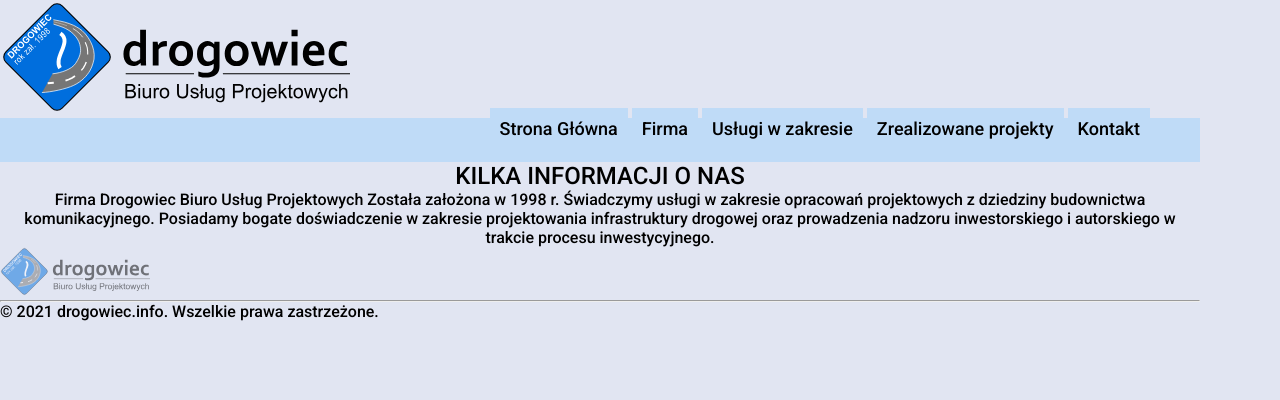
Repository: AdamBodzak/WTF_v2
Page: index.html
These files come from the project's save history. The page is drawn as it stood at one moment and after the next save; the edit follows.
The browser window is 1280 px wide. The pictures show the whole page.

Above is the page before, as saved 2021-01-06 15:08:23.

### index.html
<!DOCTYPE html>
<html lang="pl">
<head>
    <meta charset="UTF-8">
    <meta name="viewport" content="width=device-width, initial-scale=1.0">
    <link rel="preconnect" href="https://fonts.gstatic.com">
    <link rel="stylesheet" href="style.css" type="text/css">
    <title>DROGOWIEC Biuro Usług Projektowych</title>
</head>
<body>
    <main>
        <header>
                <a href="index.html">
                    <img id="logo" src="./img/Logo.svg" alt="Logo image">
                </a>
            <nav>
                <ul id="nawigationBar">
                    <li> <a class="menuItem" href="#"> Strona Główna</a></li>
                    <li> <a class="menuItem" href="#"> Firma</a></li>
                    <li> <a class="menuItem" href="#"> Usługi w zakresie</a></li>
                    <li> <a class="menuItem" href="#"> Zrealizowane projekty</a></li>
                    <li> <a class="menuItem" href="#"> Kontakt</a></li>
                </ul>
            </nav>
        </header>
            <section>
                <h1>KILKA INFORMACJI O NAS</h1>
                <p>
                    Firma Drogowiec Biuro Usług Projektowych Została założona w 1998 r.
                    Świadczymy usługi w zakresie opracowań projektowych z dziedziny budownictwa
                    komunikacyjnego. Posiadamy bogate doświadczenie w zakresie projektowania infrastruktury
                    drogowej oraz prowadzenia nadzoru inwestorskiego i autorskiego w trakcie procesu inwestycyjnego.
                </p>
            </section>
        <footer>
            <div>
                <img id="logoFooter" src="./img/Logo.svg" alt="Logo image">
            </div>
            <div id="kontakt">

            </div>
            <hr>
            <p>
                © 2021 drogowiec.info. Wszelkie prawa zastrzeżone.
            </p>
        </footer>
    </main>
</body>
</html>

### style.css
@import url('https://fonts.googleapis.com/css2?family=Roboto:wght@300;500;700&display=swap');

* {
    font-family: 'Roboto', sans-serif;
    font-weight: 500;
    box-sizing: border-box;
    margin: 0px;
    padding: 0px;
    background-color: #E1E5F2;
}

body {
    width: 1200px;
}

#logo {
    width: 350px;
}

#nawigationBar{
    background-color: #BFDBF7;
    text-align: right;
    padding-right: 50px;
    height: 44px;
    align-items: center;
}

#nawigationBar>li {
    display: inline-block;
}

.menuItem{
    font-size: 18px;
    color: black;
    text-decoration: none;
    padding: 10px;
    background-color: #BFDBF7;
}

#logoFooter {
    width: 150px;
    opacity: 0.5;
}

section {
    text-align: center;
}

Loaded but not shown: img/Logo.svg (19 lines, source omitted)

After the next save:
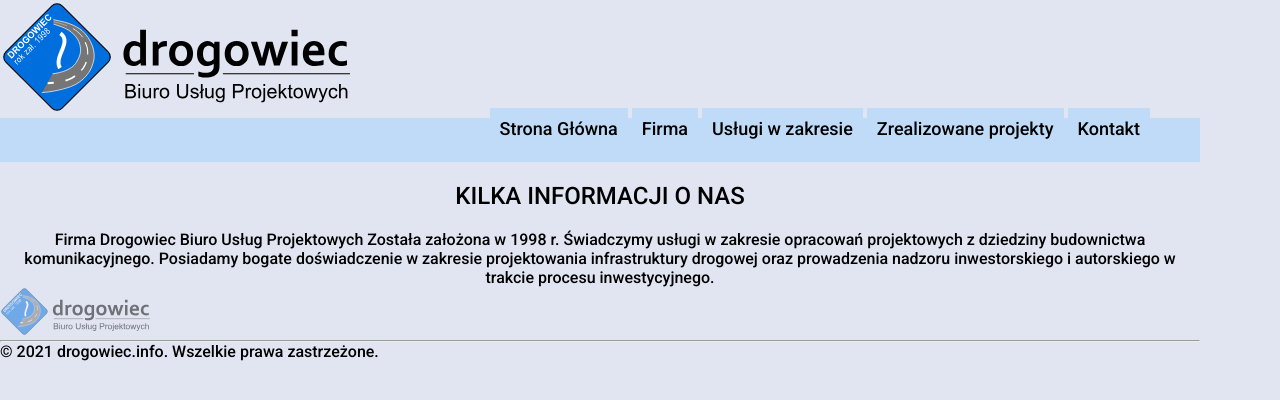
Saved 44 s later.
--- a/style.css
+++ b/style.css
@@ -45,3 +45,7 @@
 section {
     text-align: center;
 }
+
+section>h1 {
+    padding: 20px;
+}
